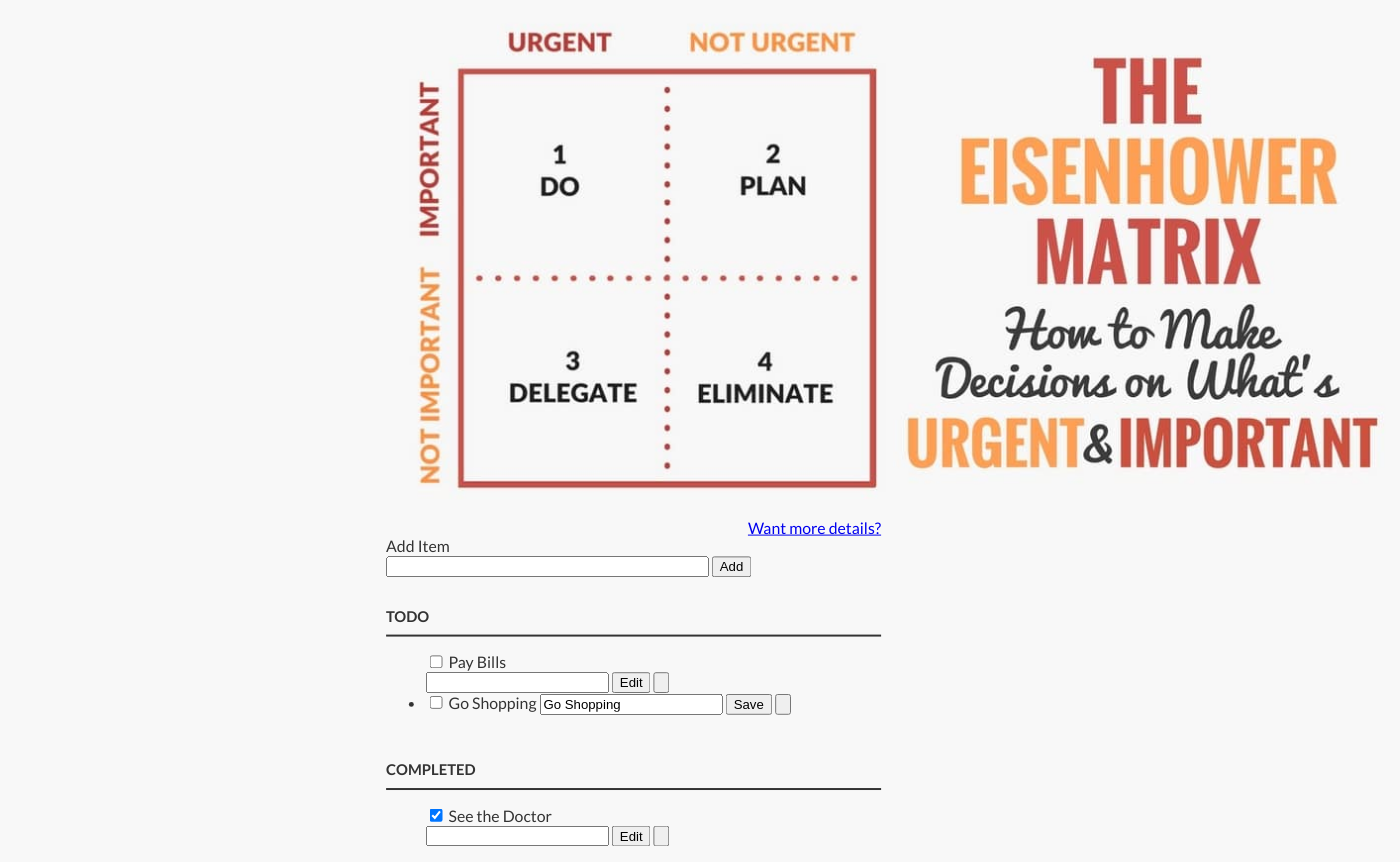
Repository: dev1siWoo/clean-code-s1e1
Page: index.html
An editor plug-in stored every save of this project. The page is shown before and after a run of saves, followed by the edit.
The browser window is 1280 px wide. The page is 1414 px wide, then 1280 px, then 1414 px, so the pictures cover 1414 px, including what lies to the right of the window. The pictures show the whole page, at 99% of full size.

Above is the page before, as saved 2024-01-08 23:25:07.
Console error: TypeError: Cannot set properties of null (setting 'onchange')

### index.html
<!DOCTYPE html>
<html>
    <head>
        <title>Todo App</title>
        <link
            href="https://fonts.googleapis.com/css?family=Lato:300,400,700"
            rel="stylesheet"
        >
        <link
            rel="stylesheet"
            href="style.css"
            media="screen"
            charset="utf-8"
        >
    </head>
    <body class="page">
        <header class="header">
            <img class="header_logo" src="./eisenhower-matrix.jpg" alt="eisenhower-matrix">
            <a class="header_info" href="https://goal-life.com/page/method/matrix-eisenhower">Want more details?</a>
        </header>
        <main class="main">
            <section id="adding-section">
                <label class="add-section" for="new-task">Add Item</label>
                <div class="add-section-wrapper">
                    <input id="new-task" class="input_add" type="text">
                    <button class="button_add">Add</button>
                </div>
            </section>
            <h2 class="subtitle">Todo</h2>
            <ul id="incomplete-tasks" class="task-list">
                <li class="task">
                    <input class="mark" type="checkbox">
                    <label class="title">Pay Bills</label>
                    <input type="text" class="input_edit">
                    <button class="button_edit">Edit</button>
                    <button class="button_delete">
                        <img class="button_img" src="./remove.svg" alt="delete button">
                    </button>
                </li>
                <li class="edit">
                    <input class="mark" type="checkbox">
                    <label class="title">Go Shopping</label>
                    <input type="text" value="Go Shopping" class="input_edit">
                    <button class="button_edit">Save</button>
                    <button class="button_delete">
                        <img class="button_img" src="./remove.svg" alt="delete button">
                    </button>
                </li>
            </ul>
            <h2 class="subtitle">Completed</h2>
            <ul id="completed-tasks" class="task-list">
                <li class="task">
                    <input class=mark" type="checkbox" checked>
                    <label class="title">See the Doctor</label>
                    <input type="text" class="input_edit">
                    <button class="button_edit">Edit</button>
                    <button class="button_delete">
                        <img class="button_img" src="./remove.svg" alt="delete button">
                    </button>
                </li>
            </ul>
        </main>
        <script src="app.js"></script>
    </body>
</html>

### style.css
/* Basic Style */
.page {
  background-color: #f8f8f8;
  color: #333;
  font-family: Lato, sans-serif;
}

.header {
  width: 500px;
  margin: 0 auto;
  display: block;
  text-align: right;
}

.header-logo {
  width: 100%;
}

.header .link {
  font-family: fantasy, cursive;
}

@media (max-width: 768px) {
  .header {
    text-align: center;
  }
}

.main {
  display: block;
  width: 500px;
  margin: 0 auto 0;
}

.task {
  width: 56%;
  display: inline-block;
  flex-grow: 1;
}

.adding-wrapper {
  display: flex;
}

.list {
  margin: 0;
  padding: 0px;
}

.list-item,
.subtitle {
  list-style: none;
}

.input,
.button{
  outline: none;
}

.button {
  background: none;
  border: 0px;
  color: #888;
  font-size: 15px;
  width: 60px;
  font-family: Lato, sans-serif;
  cursor: pointer;
}

.button:hover {
  color: #3a3a3a;
}

/* Heading */
.subtitle,
.label[for="new-task"] {
  color: #333;
  font-weight: 700;
  font-size: 15px;
  border-bottom: 2px solid #333;
  padding: 30px 0 10px;
  margin: 0;
  text-transform: uppercase;
}

.input[type="text"] {
  margin: 0;
  font-size: 18px;
  line-height: 18px;
  height: 21px;
  padding: 0 9px;
  border: 1px solid #ddd;
  background: #fff;
  border-radius: 6px;
  font-family: Lato, sans-serif;
  color: #888;
}

.input[type="text"]:focus {
  color: #333;
}

/* New Task */
.label[for="new-task"] {
  display: block;
  margin: 0 0 20px;
}

#new-task {
  width: 318px;
}

/* Task list */
.list-item {
  overflow: hidden;
  padding: 20px 0;
  border-bottom: 1px solid #eee;
  display: flex;
  justify-content: space-between;
  align-items: center;
}

.list-item > * {
  vertical-align: middle;
}

.list-item > .input[type="checkbox"] {
  margin: 0 10px;
}

.list-item > .label {
  padding-left: 10px;
  box-sizing: border-box;
  font-size: 18px;
  width: 226px;
}

.list-item >    .input[type="text"] {
  width: 226px;
}

.delete-img {
  height: 2em;
  transform: rotateZ(45deg);
  transition: transform 200ms ease-in;
}

.delete-img:hover {
  transform: rotateZ(0);
}

/* Completed */
#completed-tasks .label {
  text-decoration: line-through;
  color: #888;
}

/* Edit Task */
.list-item .input[type="text"] {
  display: none;
}

.list-item.edit-mode .input[type="text"] {
  display: inline-block;
  width: 224px;
}

.list-item.edit-mode .label {
  display: none;
}

### app.js
//Document is the DOM can be accessed in the console with document.window.
// Tree is from the top, html, body, p etc.

//Problem: User interaction does not provide the correct results.
//Solution: Add interactivity so the user can manage daily tasks.
//Break things down into smaller steps and take each step at a time.


// Event handling, user interaction is what starts the code execution.

var taskInput=document.getElementById("new-task");//Add a new task.
var addButton=document.querySelector(".button_add");//add button
var incompleteTaskHolder=document.getElementById("incomplete-tasks");//ul of #incomplete-tasks
var completedTasksHolder=document.getElementById("completed-tasks");//completed-tasks


//New task list item
var createNewTaskElement=function(taskString){

    var listItem=document.createElement("li");

    //input (checkbox)
    var checkBox=document.createElement("input");//checkbx
    //label
    var label=document.createElement("label");//label
    //input (text)
    var editInput=document.createElement("input");//text
    //button.edit
    var editButton=document.createElement("button");//edit button

    //button.delete
    var deleteButton=document.createElement("button");//delete button
    var deleteButtonImg=document.createElement("img");//delete button image

    listItem.className="task"

    label.innerText=taskString;
    label.className="title";

    //Each elements, needs appending
    checkBox.type="checkbox";
    checkBox.className="mark";
    editInput.type="text";
    editInput.className="input_edit";

    editButton.innerText="Edit"; //innerText encodes special characters, HTML does not.
    editButton.className="button_edit";

    deleteButton.className="button_delete";
    deleteButtonImg.src='./remove.svg';
    deleteButtonImg.className="button_img";
    deleteButtonImg.setAttribute('alt', 'delete button');
    deleteButton.appendChild(deleteButtonImg);


    //and appending.
    listItem.appendChild(checkBox);
    listItem.appendChild(label);
    listItem.appendChild(editInput);
    listItem.appendChild(editButton);
    listItem.appendChild(deleteButton);
    return listItem;
}



var addTask=function(){
    console.log("Add Task...");
    //Create a new list item with the text from the #new-task:
    if (!taskInput.value) return;
    var listItem=createNewTaskElement(taskInput.value);

    //Append listItem to incompleteTaskHolder
    incompleteTaskHolder.appendChild(listItem);
    bindTaskEvents(listItem, taskCompleted);

    taskInput.value="";

}

//Edit an existing task.

var editTask=function(){
    console.log("Edit Task...");
    console.log("Change 'edit' to 'save'");


    var listItem=this.parentNode;

    var editInput=listItem.querySelector('.input_edit');
    var label=listItem.querySelector(".title");
    var editBtn=listItem.querySelector(".button_edit");
    var containsClass=listItem.classList.contains("edit");
    //If class of the parent is .edit
    if(containsClass){

        //switch to .edit
        //label becomes the inputs value.
        label.innerText=editInput.value;
        editBtn.innerText="Edit";
    }else{
        editInput.value=label.innerText;
        editBtn.innerText="Save";
    }

    //toggle .edit on the parent.
    listItem.classList.toggle("edit");
};


//Delete task.
var deleteTask=function(){
    console.log("Delete Task...");

    var listItem=this.parentNode;
    var ul=listItem.parentNode;
    //Remove the parent list item from the ul.
    ul.removeChild(listItem);

}


//Mark task completed
var taskCompleted=function(){
    console.log("Complete Task...");

    //Append the task list item to the #completed-tasks
    var listItem=this.parentNode;
    completedTasksHolder.appendChild(listItem);
    bindTaskEvents(listItem, taskIncomplete);

}


var taskIncomplete=function(){
    console.log("Incomplete Task...");
//Mark task as incomplete.
    //When the checkbox is unchecked
    //Append the task list item to the #incomplete-tasks.
    var listItem=this.parentNode;
    incompleteTaskHolder.appendChild(listItem);
    bindTaskEvents(listItem,taskCompleted);
}



var ajaxRequest=function(){
    console.log("AJAX Request");
}

//The glue to hold it all together.


//Set the click handler to the addTask function.
addButton.onclick=addTask;
addButton.addEventListener("click",addTask);
addButton.addEventListener("click",ajaxRequest);


var bindTaskEvents=function(taskListItem,checkBoxEventHandler){
    console.log("bind list item events");
//select ListItems children
    var checkBox=taskListItem.querySelector(".mark");
    var editButton=taskListItem.querySelector(".button_edit");
    var deleteButton=taskListItem.querySelector(".button_delete");


    //Bind editTask to edit button.
    editButton.onclick=editTask;
    //Bind deleteTask to delete button.
    deleteButton.onclick=deleteTask;
    //Bind taskCompleted to checkBoxEventHandler.
    checkBox.onchange=checkBoxEventHandler;
}

//cycle over incompleteTaskHolder ul list items
//for each list item
for (var i=0; i<incompleteTaskHolder.children.length;i++){

    //bind events to list items chldren(tasksCompleted)
    bindTaskEvents(incompleteTaskHolder.children[i],taskCompleted);
}




//cycle over completedTasksHolder ul list items
for (var i=0; i<completedTasksHolder.children.length;i++){
    //bind events to list items chldren(tasksIncompleted)
    bindTaskEvents(completedTasksHolder.children[i],taskIncomplete);
}




// Issues with usability don't get seen until they are in front of a human tester.

//prevent creation of empty tasks.

//Change edit to save when you are in edit mode.

After the next 2 saves:
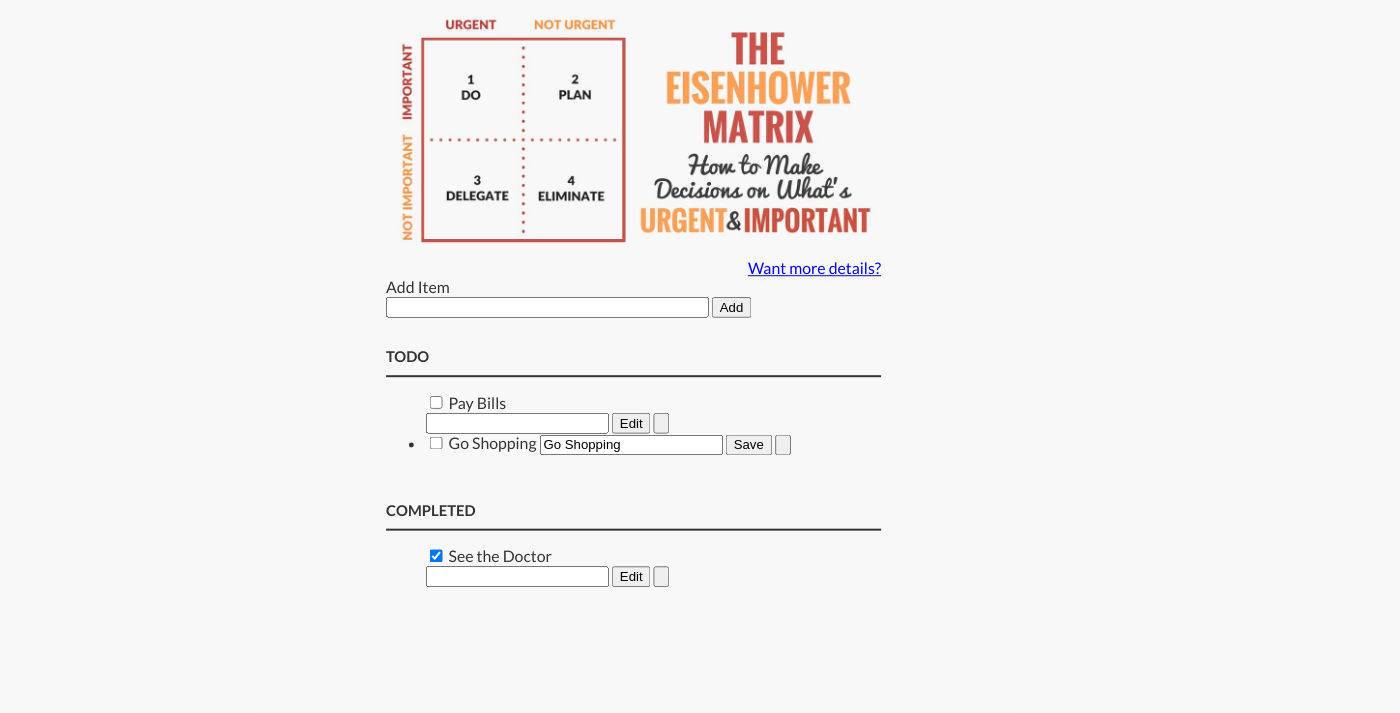
The 2 saves are shown as one change because they came seconds apart.
The last was saved 10 s later.
--- a/index.html
+++ b/index.html
@@ -15,8 +15,8 @@
     </head>
     <body class="page">
         <header class="header">
-            <img class="header_logo" src="./eisenhower-matrix.jpg" alt="eisenhower-matrix">
-            <a class="header_info" href="https://goal-life.com/page/method/matrix-eisenhower">Want more details?</a>
+            <img class="header-logo" src="./eisenhower-matrix.jpg" alt="eisenhower-matrix">
+            <a class="header-info" href="https://goal-life.com/page/method/matrix-eisenhower">Want more details?</a>
         </header>
         <main class="main">
             <section id="adding-section">

After the 2 saves that followed:
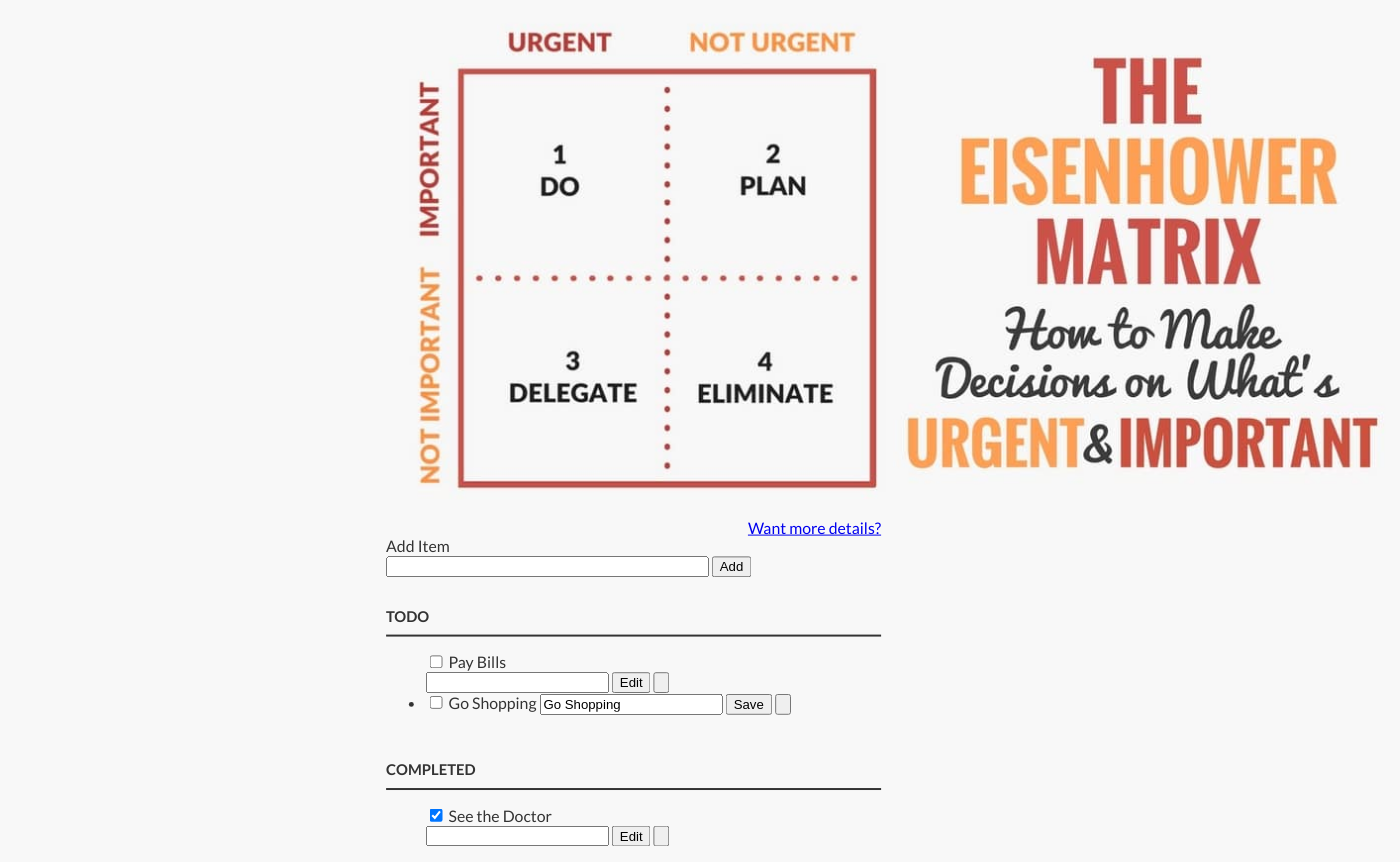
The 2 saves are shown as one change because they came seconds apart.
The last was saved 76 s later.
--- a/index.html
+++ b/index.html
@@ -15,8 +15,8 @@
     </head>
     <body class="page">
         <header class="header">
-            <img class="header-logo" src="./eisenhower-matrix.jpg" alt="eisenhower-matrix">
-            <a class="header-info" href="https://goal-life.com/page/method/matrix-eisenhower">Want more details?</a>
+            <img class="header__logo" src="./eisenhower-matrix.jpg" alt="eisenhower-matrix">
+            <a class="header__info" href="https://goal-life.com/page/method/matrix-eisenhower">Want more details?</a>
         </header>
         <main class="main">
             <section id="adding-section">
